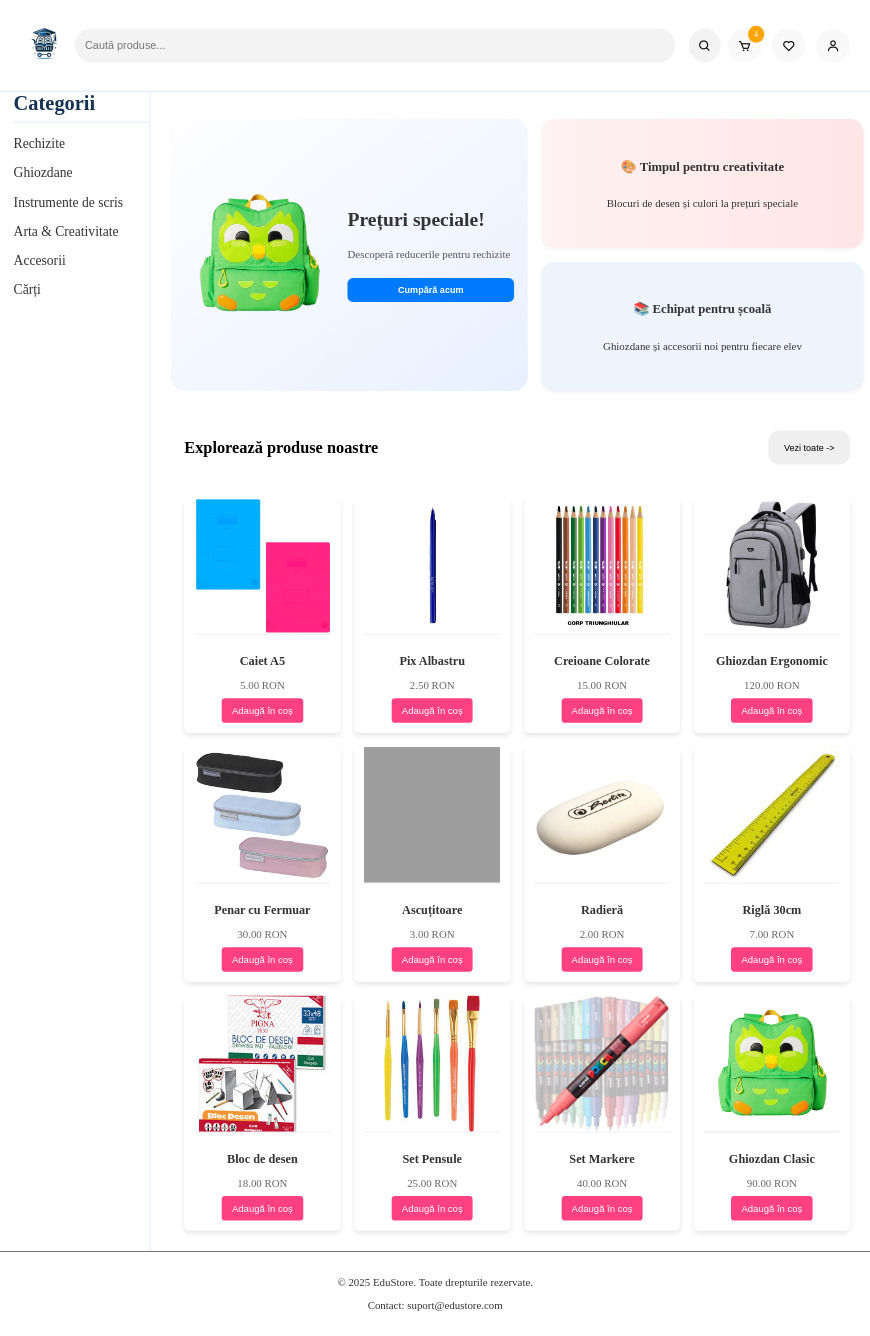
Repository: Roxana5504/WebDev-Project
Page: frontend/index.html
These files come from the project's save history. The page is drawn as it stood at one moment and after the next save; the edit follows.
The browser window is 1280 px wide. The pictures show the whole page, at 68% of full size.
Pictures or frames that could not be fetched are drawn as grey boxes.

Above is the page before, as saved 2025-04-23 17:02:34.

### frontend/index.html
<!DOCTYPE html>
<html lang="ro">
  <head>
    <meta charset="UTF-8" />
    <meta name="viewport" content="width=device-width, initial-scale=1.0" />
    <title>Căutare Produse</title>
    <link rel="stylesheet" href="/styles.css" />
    <link
      href="https://cdn.jsdelivr.net/npm/boxicons@2.1.4/css/boxicons.min.css"
      rel="stylesheet"
    />
  </head>

  <body>
    <header class="container-header">
      <div class="logo">
        <img src="/backend/images/logoDWS.png" alt="EduStore" />
      </div>

      <div class="search-bar">
        <button class="sidebar-toggle" id="sidebar-toggle">
          <i class="bx bx-menu"></i>
        </button>
        <input type="text" id="search-input" placeholder="Caută produse..." />
        <button class="search-btn" id="search-btn">
          <i class="bx bx-search"></i>
        </button>
      </div>

      <div class="header-icons">
        <div class="header-icon">
          <span class="cart-items">4</span>
          <i class="bx bx-cart"></i>
        </div>
        <div class="header-icon">
          <i class="bx bx-heart"></i>
        </div>
        <div class="header-icon profile">
          <i class="bx bx-user"></i>
        </div>
      </div>
    </header>

    <div class="main-content">
      <aside class="sidebar">
        <h2>Categorii</h2>
        <ul>
          <li>Rechizite</li>
          <li>Ghiozdane</li>
          <li>Instrumente de scris</li>
          <li>Arta & Creativitate</li>
          <li>Accesorii</li>
          <li>Cărți</li>
        </ul>
      </aside>

      <div class="container">
        <section class="banner">
          <div class="banner-left">
            <div class="banner-left-content">
              <div class="img-cont">
                <img src="/backend/images/gh.jpg" alt="Oferta specială" />
              </div>

              <div class="banner-text">
                <h2>Prețuri speciale!</h2>
                <p>Descoperă reducerile pentru rechizite</p>
                <button class="buy-now-btn" id="buy-now-btn">
                  Cumpără acum
                </button>
              </div>
            </div>
          </div>

          <div class="banner-right">
            <div class="banner-right-up">
              <h3>🎨 Timpul pentru creativitate</h3>
              <p>Blocuri de desen și culori la prețuri speciale</p>
            </div>
            <div class="banner-right-down">
              <h3>📚 Echipat pentru școală</h3>
              <p>Ghiozdane și accesorii noi pentru fiecare elev</p>
            </div>
          </div>
        </section>

        <section class="products">
          <div class="products-explore-line">
            <h2>Explorează produse noastre</h2>
            <button class="all-products-button">Vezi toate -></button>
          </div>
          <div id="product-list" class="product-list"></div>
        </section>
      </div>
    </div>
    <footer>
      <p>&copy; 2025 EduStore. Toate drepturile rezervate.</p>
      <p>Contact: suport@edustore.com</p>
    </footer>
    <script src="script.js"></script>
  </body>
</html>

### frontend/styles.css
/*CSS Roxana*/
html,
body {
  height: 100%;
  margin: 0;
  padding: 0;
}

.modal-overlay {
  position: fixed;
  top: 0;
  left: 0;
  right: 0;
  bottom: 0;
  background: rgba(0, 0, 0, 0.6);
  display: flex;
  align-items: center;
  justify-content: center;
  padding: 20px;
  z-index: 9999;
  overflow-y: auto;
  box-sizing: border-box;
}

.modal-content {
  display: flex;
  flex-direction: column;
  background: white;
  padding: 20px;
  border-radius: 10px;
  max-width: 800px;
  width: 100%;
  max-height: 90vh;
  overflow-y: auto;
  position: relative;
  box-sizing: border-box;
  align-items: center;
}

.modal-buttons {
  align-items: center;
  display: flex;
  gap: 10px;
  margin-top: 20px;
}

.modal-content button {
  background-color: black;
  color: white;
  font-weight: bold;
  border: none;
  padding: 12px 16px;
  border-radius: 5px;
}

.close-btn {
  position: absolute;
  top: 10px;
  right: 15px;
  font-size: 24px;
  cursor: pointer;
  color: red;
}

.modal-products {
  display: flex;
  flex-wrap: wrap;
  gap: 20px;
}

.modal-product-card {
  width: 200px;
  border: 1px solid #eee;
  border-radius: 10px;
  padding: 10px;
  text-align: center;
}

.modal-product-card img {
  max-width: 100%;
  height: auto;
  border-radius: 5px;
}

.container-header {
  padding: 30px;
  display: flex;
  align-items: center;
  justify-content: space-between;
  width: 100%;
  box-sizing: border-box;
  flex-wrap: wrap;
  gap: 10px;
  border-bottom: 1px solid rgb(203, 227, 255);
}

.logo img {
  height: 70px;
  cursor: pointer;
}

.search-bar {
  flex: 1;
  gap: 20px;
  display: flex;
  align-items: center;
  position: relative;
  max-width: 1000px;
}

.search-btn {
  width: 50px;
  height: 50px;
  border-radius: 100%;
  border: none;
  background-color: #f3f3f3;
  display: flex;
  justify-content: center;
  align-items: center;
  cursor: pointer;
  font-size: 20px;
}

.search-bar input {
  min-width: 200px;
  width: 100%;
  height: 50px;
  padding: 10px 15px;
  border-radius: 50px;
  border: none;
  background-color: #f3f3f3;
  font-size: 16px;
  outline: none;
  box-sizing: border-box;
}

.header-icons {
  display: flex;
  align-items: center;
  gap: 15px;
}

.header-icon {
  position: relative;
  width: 50px;
  height: 50px;
  background-color: #f9f9f9;
  border-radius: 50%;
  display: flex;
  justify-content: center;
  align-items: center;
  cursor: pointer;
}

.header-icon i {
  font-size: 20px;
  color: black;
}

.cart-items {
  position: absolute;
  top: -4px;
  right: -4px;
  background-color: orange;
  color: white;
  font-size: 12px;
  border-radius: 100%;
  padding: 5px 9px;
}

.main-content {
  display: flex;
  flex: 1;
  box-sizing: border-box;
  justify-content: left;
}

.container {
  flex: 1;
  width: 100%;
  margin: 0px auto;
  display: flex;
  flex-direction: column;
  padding: 10px;
  max-width: 1200px;
  box-sizing: border-box;
  justify-content: flex-start;
}

.sidebar {
  position: relative;
  height: auto;
  width: 200px;
  padding-left: 20px;
  padding-right: 0px;
  margin-right: 20px;
  border-right: 1px solid rgb(203, 227, 255);
}

.sidebar h2 {
  font-size: 30px;
  font-weight: bold;
  margin-top: 0px;
  color: rgb(22, 50, 82);
  margin-bottom: 10px;
  padding-bottom: 10px;
  border-bottom: 1px solid rgb(203, 227, 255);
}

.sidebar ul {
  list-style: none;
  padding: 0;
  margin: 0;
}

.sidebar ul li {
  padding: 10px 0;
  font-size: 20px;
  color: #333;
  cursor: pointer;
  transition: color 0.3s ease;
}

.sidebar ul li:hover {
  color: #0d4e5a;
}

.sidebar-toggle {
  background: none;
  border: none;
  font-size: 25px;
  cursor: pointer;
  display: none;
}

.banner {
  display: flex;
  flex-wrap: wrap;
  gap: 20px;
  margin: 30px 0;
  width: 100%;
}

.banner-left {
  box-sizing: border-box;
  background: linear-gradient(to bottom right, #fefeff, #e8f0ff);
  border-radius: 20px;
  padding: 20px;
  position: relative;
  display: flex;
  align-items: center;
  justify-content: space-between;
  flex: 1 1 50%;
}

.banner-left-content {
  display: flex;
  gap: 20px;
  align-items: center;
  flex-wrap: wrap;
  width: 100%;
  max-width: 500px;
}

.banner-left-content img {
  width: 100%;
  max-width: 220px;
  height: auto;
  border-radius: 10px;
  object-fit: cover;
}

.banner-text {
  flex: 1;
  display: flex;
  flex-direction: column;
  gap: 10px;
}

.banner-text h2 {
  font-size: 1.8rem;
  color: #333;
  margin: 0;
}

.banner-text p {
  font-size: 1rem;
  color: #555;
}

.buy-now-btn {
  background-color: #007bff;
  color: white;
  border: none;
  padding: 10px 16px;
  border-radius: 8px;
  font-weight: bold;
  cursor: pointer;
  transition: background 0.3s ease;
}

.buy-now-btn:hover {
  background-color: #0056b3;
}

.banner-right {
  flex: 1 1 45%;
  display: flex;
  flex-direction: column;
  justify-content: space-between;
  gap: 20px;
  min-width: 300px;
}

.banner-right-up,
.banner-right-down {
  border-radius: 20px;
  padding: 20px;
  text-align: center;
  min-height: 150px;
  display: flex;
  flex-direction: column;
  justify-content: center;
  box-shadow: 0 2px 6px rgba(0, 0, 0, 0.05);
}

.banner-right-up {
  background: linear-gradient(to right, #fff2f2, #ffe5e5);
  color: #333;
}

.banner-right-down {
  background: #eef4fc;
  color: #333;
}

footer {
  text-align: center;
  padding: 20px;
  border-top: 1px solid #333;
  color: #333;
  background-color: white;
}

.products-explore-line {
  display: flex;
  justify-content: space-between;
  width: 100%;
  box-sizing: border-box;
  align-items: center;
  padding: 20px;
}

.all-products-button {
  border: none;
  border-radius: 16px;
  padding: 0px 10px;
  width: 120px;
  height: 50px;
  cursor: pointer;
}

@media (max-width: 768px) {
  .search-bar {
    gap: 10px;
    width: 100%;
    margin: 0px;
    order: 1;
    display: flex;
    justify-content: center;
  }

  .search-bar input {
    flex: 1;
    margin: 0 10px;
  }

  .banner {
    flex-direction: column;
  }

  .banner-left {
    width: 100%;
    flex: none;
  }

  .banner-right {
    flex-direction: row;
    flex-wrap: wrap;
    width: 100%;
    gap: 20px;
  }

  .banner-right-up,
  .banner-right-down {
    flex: 1 1 48%;
    min-width: 48%;
    padding: 15px;
  }
}

@media (max-width: 600px) {
  .modal-products {
    flex-direction: column;
    align-items: center;
  }

  .modal-product-card {
    width: 100%;
    max-width: 300px;
  }
  .sidebar {
    width: 30%;
    z-index: 99;
    transform: translateX(-100%);
    display: none;
  }

  .sidebar-toggle {
    display: block;
  }

  .sidebar.open {
    transform: translateX(0);
    display: block;
  }

  .sidebar h2 {
    font-size: 22px;
  }

  .sidebar ul li {
    font-size: 16px;
  }
}

/*Sfarsit CSS Roxana*/

.product-list {
  display: grid;
  grid-template-columns: repeat(auto-fit, minmax(220px, 1fr));
  gap: 20px;
  padding: 20px;
}

.product-card {
  background: white;
  border-radius: 8px;
  box-shadow: 0px 4px 8px rgba(0, 0, 0, 0.1);
  overflow: hidden;
  text-align: center;
  transition: transform 0.2s ease-in-out;
}

.product-card:hover {
  transform: scale(1.05);
}

.product-card img {
  width: 100%;
  height: 200px;
  object-fit: cover;
  border-bottom: 1px solid #ddd;
}

.product-card .product-info {
  padding: 15px;
}

.product-card h3 {
  font-size: 18px;
  margin: 10px 0;
  color: #333;
}

.product-card p {
  font-size: 16px;
  color: #666;
  margin-bottom: 10px;
}

.product-card button {
  background: #ff4081;
  color: white;
  border: none;
  padding: 10px 15px;
  border-radius: 5px;
  cursor: pointer;
  font-size: 14px;
  transition: background 0.3s;
}

.product-card button:hover {
  background: #e6006e;
}

@media (max-width: 768px) {
  .product-list {
    grid-template-columns: repeat(auto-fit, minmax(180px, 1fr));
  }
}

### frontend/script.js
//Roxana
document.addEventListener("DOMContentLoaded", function () {
  const categoryItems = document.querySelectorAll("aside li")
  const productList = document.getElementById("product-list")
  let products = []

  fetch("/products.json")
    .then((response) => {
      if (!response.ok) {
        throw new Error("Eroare la încărcarea fișierului products.json")
      }
      return response.json()
    })
    .then((data) => {
      products = data.products.map((product) => {
        const name = product.name.toLowerCase()
        let category = "altele"

        if (name.includes("ghiozdan")) category = "ghiozdane"
        else if (
          name.includes("pix") ||
          name.includes("creion") ||
          name.includes("marker") ||
          name.includes("pensul")
        )
          category = "arta-creativitate"
        else if (
          name.includes("radier") ||
          name.includes("ascuțitoare") ||
          name.includes("rigl")
        )
          category = "accesorii"
        else if (
          name.includes("caiet") ||
          name.includes("penar") ||
          name.includes("bloc")
        )
          category = "rechizite"

        return { ...product, category }
      })

      renderProducts()
    })
    .catch((error) => {
      console.error("Eroare la încărcare produse:", error)
    })

  function renderProducts() {
    productList.innerHTML = ""
    products.forEach((product) => {
      const productCard = document.createElement("div")
      productCard.classList.add("product-card")
      productCard.setAttribute("data-category", product.category)
      productCard.innerHTML = `
        <img src="${product.image}" alt="${
        product.name
      }" style="width: 200px; height: 200px; object-fit: cover;">
        <div class="product-info">
          <h3>${product.name}</h3>
          <p>${product.price.toFixed(2)} RON</p>
          <button>Adaugă în coș</button>
        </div>
      `
      productList.appendChild(productCard)
    })
  }

  categoryItems.forEach((item) => {
    item.addEventListener("click", function () {
      const category = this.textContent
        .trim()
        .toLowerCase()
        .replace(/\s+/g, "-")
      const productCards = document.querySelectorAll(".product-card")

      productCards.forEach((product) => {
        if (
          product.getAttribute("data-category") === category ||
          category === "toate"
        ) {
          product.style.display = "flex"
        } else {
          product.style.display = "none"
        }
      })
    })
  })
})

document.getElementById("search-btn").addEventListener("click", () => {
  const query = document.getElementById("search-input").value.trim()

  fetch(`/products/${query}`)
    .then((res) => {
      if (!res.ok) throw new Error("Server error: " + res.status)
      return res.json()
    })
    .then((data) => {
      if (data.length > 0) {
        showModalWithProducts(data)
      } else {
        showNoProductFoundModal(query)
      }
    })
    .catch((err) => {
      console.error("Eroare:", err)
    })
})

document.getElementById("buy-now-btn").addEventListener("click", () => {
  const query = "Ghiozdan Clasic"
  fetch(`/products/${query}`)
    .then((res) => {
      if (!res.ok) throw new Error("Server error: " + res.status)
      return res.json()
    })
    .then((data) => {
      if (data.length > 0) {
        showModalWithProducts(data)
      } else {
        showNoProductFoundModal(query)
      }
    })
    .catch((err) => {
      console.error("Eroare:", err)
    })
})

function showModalWithProducts(products) {
  let modalHTML = `
      <div id="product-modal" class="modal-overlay">
        <div class="modal-content">
          <span class="close-btn" onclick="closeModal()">&times;</span>
          <h2>Rezultate Căutare</h2>
          <div class="modal-products">
    `

  products.forEach((product) => {
    modalHTML += `
        <div class="modal-product-card">
          <img src="${product.image}" alt="${product.name}" />
          <h3>${product.name}</h3>
          <p>Preț: ${product.price} lei</p>
          <p>Cantitate: ${product.quantity ?? "Nespecificat"}</p>
        </div>
      `
  })

  modalHTML += `
          </div>
        </div>
      </div>
    `

  document.body.insertAdjacentHTML("beforeend", modalHTML)
}

function showNoProductFoundModal(query) {
  const modalHTML = `
      <div id="product-modal" class="modal-overlay">
        <div class="modal-content">
          <span class="close-btn" onclick="closeModal()">&times;</span>
          <h2>Produs negăsit</h2>
          <p>Nu am găsit produsul <strong>"${query}"</strong>.</p>
          <p>Dorești să îl adaugi în magazin?</p>
          <div class="modal-buttons">
          <button onclick="openAddProductForm('${query}')">Adaugă produs</button>
          <button onclick="closeModal()">Încearcă din nou</button></div>
        </div>
      </div>
    `
  document.body.insertAdjacentHTML("beforeend", modalHTML)
}

function closeModal() {
  const modal = document.getElementById("product-modal")
  if (modal) modal.remove()
}

const sidebarToggle = document.getElementById("sidebar-toggle")
const sidebar = document.querySelector(".sidebar")

sidebarToggle.addEventListener("click", () => {
  sidebar.classList.toggle("open")
})
//Sfarsit cod Roxana

### backend/products.json
{
  "products": [
    { "name": "Caiet A5", "price": 5.0, "image": "/backend/images/caiet.jpg" },
    {
      "name": "Pix Albastru",
      "price": 2.5,
      "image": "/backend/images/pix.jpg",
      "quantity": 20
    },
    {
      "name": "Creioane Colorate",
      "price": 15.0,
      "image": "/backend/images/creioane.jpg",
      "quantity": 20
    },
    {
      "name": "Ghiozdan Ergonomic",
      "price": 120.0,
      "image": "/backend/images/ghiozdan.jpg",
      "quantity": 20
    },
    {
      "name": "Penar cu Fermuar",
      "price": 30.0,
      "image": "/backend/images/penar.jpg",
      "quantity": 20
    },
    {
      "name": "Ascuțitoare",
      "price": 3.0,
      "image": "/backend/images/ascutitoare.jpg",
      "quantity": 20
    },

    {
      "name": "Radieră",
      "price": 2.0,
      "image": "/backend/images/radiera.jpg",
      "quantity": 20
    },
    {
      "name": "Riglă 30cm",
      "price": 7.0,
      "image": "/backend/images/rigla.jpg",
      "quantity": 20
    },
    {
      "name": "Bloc de desen",
      "price": 18.0,
      "image": "/backend/images/blocdesen.jpg",
      "quantity": 20
    },
    {
      "name": "Set Pensule",
      "price": 25.0,
      "image": "/backend/images/pensule.jpg",
      "quantity": 20
    },
    {
      "name": "Set Markere",
      "price": 40.0,
      "image": "/backend/images/markere.jpg",
      "quantity": 20
    },
    {
      "name": "Ghiozdan Clasic",
      "price": 90.0,
      "image": "/backend/images/gh.jpg",
      "quantity": 20
    }
  ]
}

After the next save:
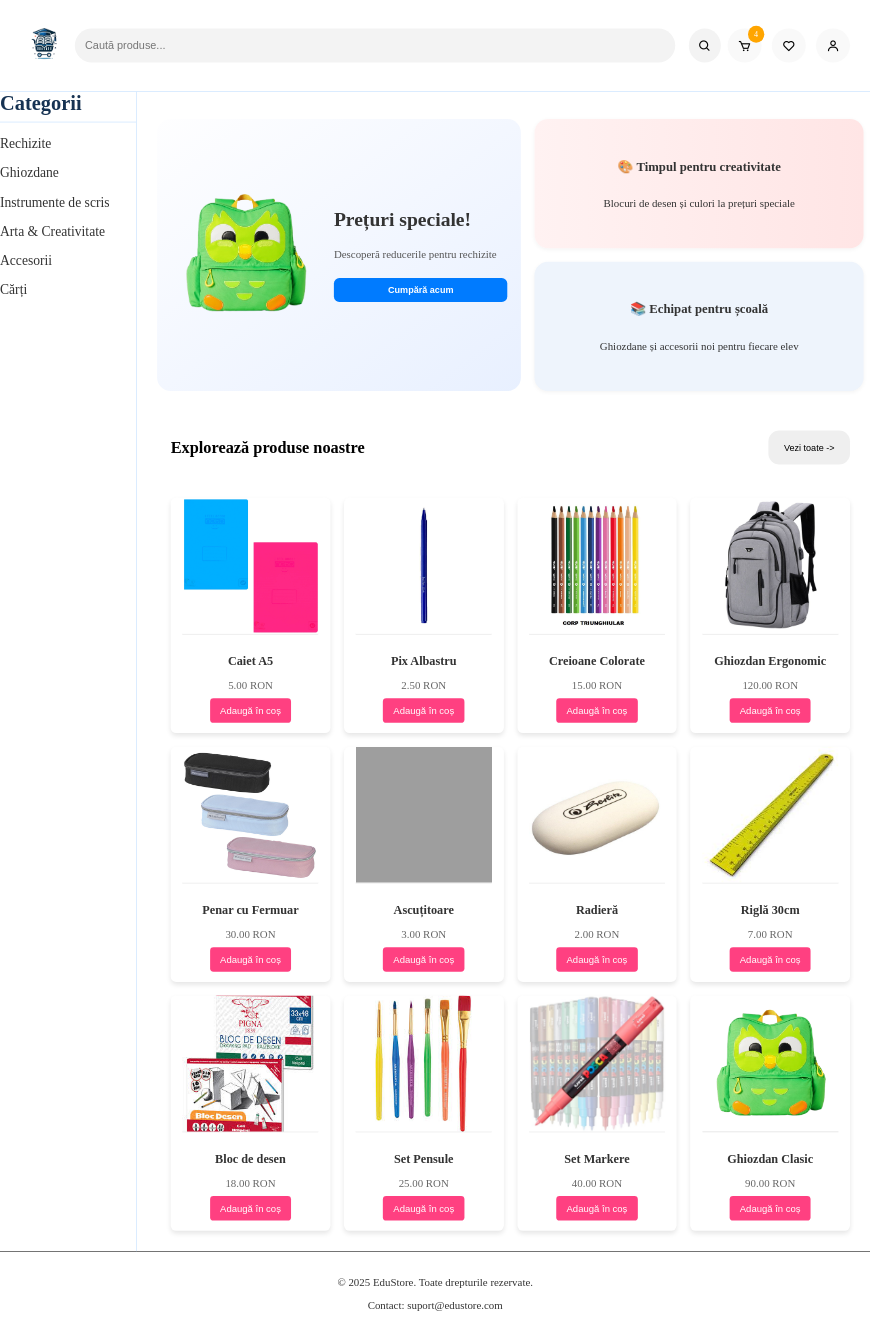
Saved 24 s later.
--- a/frontend/styles.css
+++ b/frontend/styles.css
@@ -191,7 +191,6 @@ body {
   position: relative;
   height: auto;
   width: 200px;
-  padding-left: 20px;
   padding-right: 0px;
   margin-right: 20px;
   border-right: 1px solid rgb(203, 227, 255);
